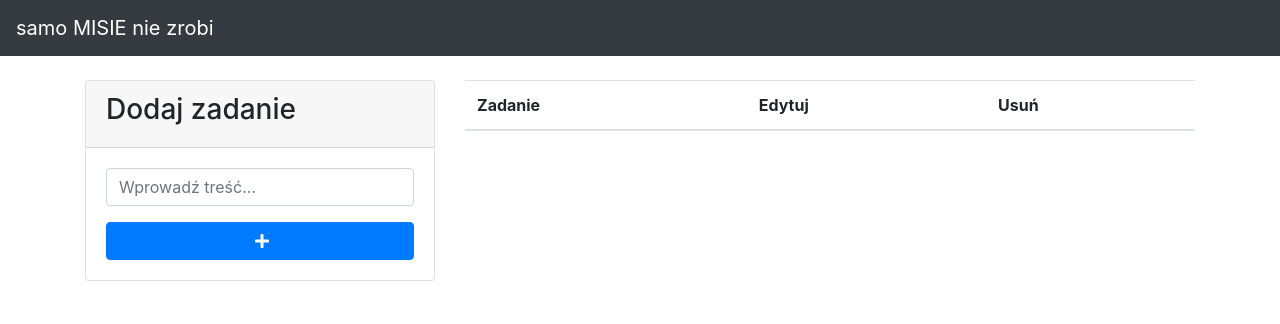
Repository: pcharazinski/JS_EXPRESS---samoMISIEniezrobi
Page: http://localhost/
An editor plug-in stored every save of this project. The page is shown before and after the next save, followed by the edit.
The browser window is 1280 px wide. The pictures show the whole page.
Some web libraries are served in a nearby version. The page is served by the project's Node server (app.js). Other server files are loaded and not shown. Queries for data that is not in the repository find no rows.

Above is the page before, as saved 2018-12-16 15:32:47.

### views/index.pug
//- Pug zwraca wieeeeeeelka uwagę na wciecia!!! jak sa zle wciecia to sie wysypuje

extends layout

block content
    .row
        .col-md-4
            .card
                .card-header
                    h3 Dodaj zadanie
                .card-body
                    form(action="/addme", method="POST")
                        .form-group

                            input.form-control#labeltodo(type='text', name="title", placeholder="Wprowadź treść...")
                        button(type="submit").btn.btn-primary.btn-block
                            i.fas.fa-plus.pl-1


        .col-md-8

            table.table.table-striped
                thead
                    tr

                    th(scope='col') Zadanie
                    th(scope='col') Edytuj
                    th(scope='col') Usuń
                tbody
                    each todo in todos
                        tr

                             td= todo.title
                             td
                                a(href="/editme/"+ todo.id).btn.btn-info.btn-sm
                                    i.fas.fa-pencil-alt
                             td
                                form(method="post", action="/deleteme/" + todo.id + "?_method=delete")
                                    button(type="submit").btn.btn-danger.btn-sm
                                         i.fas.fa-trash-alt

### views/layout.pug
<!DOCTYPE html>
html(lang="en")
    head
        meta(charset="UTF-8")
        meta(name="viewport", content="width=device-width, initial-scale=1.0")
        meta(http-equiv="X-UA-Compatible", content="ie=edge")
        link(rel="stylesheet", href="https://stackpath.bootstrapcdn.com/bootstrap/4.1.3/css/bootstrap.min.css")
        link(rel="stylesheet", href="https://use.fontawesome.com/releases/v5.6.1/css/all.css")
        title MISIE
    body
        include nav
        .container
            block content

script(src='https://code.jquery.com/jquery-3.3.1.slim.min.js')
script(src='https://cdnjs.cloudflare.com/ajax/libs/popper.js/1.14.3/umd/popper.min.js')
script(src='https://stackpath.bootstrapcdn.com/bootstrap/4.1.3/js/bootstrap.min.js')

### views/nav.pug
nav.navbar.navbar-expand-lg.navbar-dark.bg-dark.mb-4
  a.navbar-brand(href='/') samo MISIE nie zrobi

  button.navbar-toggler(type='button', data-toggle='collapse', data-target='#navbarNav', aria-controls='navbarNav', aria-expanded='false', aria-label='Toggle navigation')
    span.navbar-toggler-icon
  .collapse.navbar-collapse#navbarNav
    ul.navbar-nav
      //- li.nav-item.active
      //-   a.nav-link(href='/')
      //-     | Strona główna
      //-     span.sr-only (current)
      //- li.nav-item
      //-   a.nav-link(href='/') ASAP
      //- li.nav-item
      //-   a.nav-link(href='/') Nie ASAP
      //- li.nav-item
      //-   a.nav-link(href='/') Jak zostanie czas

### app.js
const express = require ("express");
const mongoose = require ('mongoose');
const bodyParser = require('body-parser');
const methodOverride = require ('method-override');
mongoose.connect ('mongodb://admin:admin62D.@ds121652.mlab.com:21652/samomisieniezrobi', { useNewUrlParser: true }).then (() => {
console.log('ejj... chyba polaczylam sie z baza danych, lol');

});
const app = express ();

app.use (bodyParser.urlencoded({extended:false}));
app.use (methodOverride('_method'));
app.set ("view engine", "pug");
const indexRoutes = require ('./routes/index');
app.use ('/', indexRoutes);
const port = process.env.PORT || 3000;
app.listen (port, () =>console.log(`Jestem podlaczona do serwera ${port} bijacz`));

### controllers/index.js
const Todo = require ('../models/Todo');
const getIndex = (req, res) =>
{
    Todo.find({},(err, todos)=> {
        if (err) console.log(err);
        console.log(todos);
        res.render ('index', {
            todos:todos
        })
    })

};
const postIndex = (req,res) =>{
    const newTodo = new Todo({
        title: req.body.title
    });
    newTodo.save((err)=>{
        if (err) console.log(err);
        res.redirect ('/');
    })

}

const deleteIndex = (req, res)=>{
    const {id} = req.params;
    Todo.findByIdAndDelete(id, (err)=> {
        if (err) console.log(err);
        res.redirect ('/');
    });

}
module.exports = {
    getIndex:getIndex,
    postIndex:postIndex,
    deleteIndex:deleteIndex
}

After the next save:
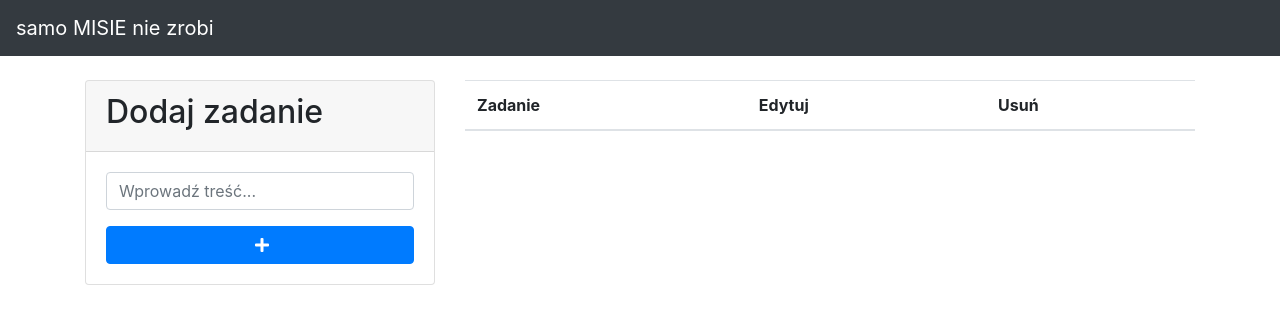
Saved 9 s later.
--- a/views/index.pug
+++ b/views/index.pug
@@ -7,7 +7,7 @@ block content
         .col-md-4
             .card
                 .card-header
-                    h3 Dodaj zadanie
+                    h2 Dodaj zadanie
                 .card-body
                     form(action="/addme", method="POST")
                         .form-group
